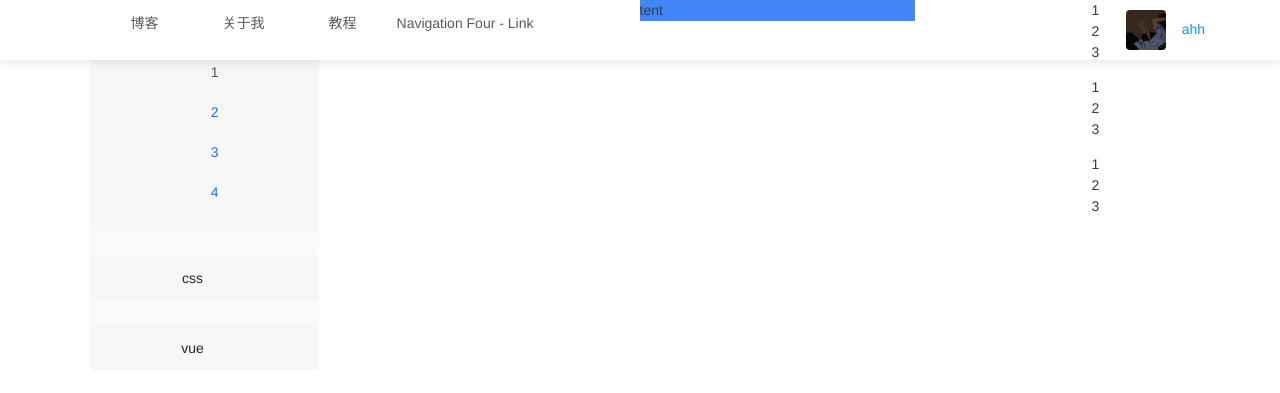
Repository: GitDjAr/blog
Page: /notes (app in myblog/)
An editor plug-in stored every save of this project. The page is shown before and after the next save, followed by the edit.
The browser window is 1280 px wide. The pictures show the whole page.
The project was rebuilt for these pictures with package versions that can differ from the ones it lists, and the page was loaded fresh each time. Also part of the build but not shown: myblog/webpack.config.js. Imported but missing from the stored project, and not drawn on this page: myblog/src/store/getters, myblog/src/views/about/about.

Above is the page before, as saved 2020-12-27 19:55:05.

### myblog/src/main.js
import Vue from 'vue'
import App from './App.vue'
import router from './router/index'
import store from './store/index'
import 'ant-design-vue/dist/antd.css'; // or 'ant-design-vue/dist/antd.less'


import Antd from 'ant-design-vue';
Vue.use(Antd);
new Vue({
  el: '#app',
  router,
  store,
  render: h => h(App)
})

### myblog/src/App.vue
<template>
  <div id="app">
    <headers></headers>
    <div class="conten">
      <router-view/>
    </div>
  </div>
</template>

<script>
import headers from 'v/header/header'
export default {
  components:{
    headers,
  },
  name: 'app',
  data () {
    return {
    }
  }
}
</script>

<style lang="scss">
#app {
  font-family: 'Avenir', Helvetica, Arial, sans-serif;
  -webkit-font-smoothing: antialiased;
  -moz-osx-font-smoothing: grayscale;
  text-align: center;
  color: #2c3e50;
  .conten{
    width: 1100px;
    margin: auto;
  }
}

</style>

### myblog/src/router/index.js
import Vue from 'vue'
import Router from 'vue-router'
Vue.use(Router)

// 暴露router
const router = new Router({
  mode:'history',
  routes:[
    {
      path:'/',
      redirect:'/index',
    },
    {
      path:'/index',
      meat:{title:'hello,欢迎来到我博客',foter:false},
      name:'index',
      component:()=>import('@/views/index')
    },
    {
      path:'/about',
      meat:{title:'关于我',foter:true},
      name:'about',
      component:()=>import('@/views/about/about')
    },
    {
      path:'/notes',
      meat:{title:'笔记',foter:true},
      name:'notes',
      component:()=>import('@/views/notes/notes')
    }
  ]
})

export default router

### myblog/src/store/index.js
import Vue from 'vue'
import Vuex from 'vuex'
import {getters} from './getters'

Vue.use(Vuex)

const store = new Vuex.Store({
  state:{
    Switch_:localStorage.getItem('state')  //dattiem or nightime
  },
  modules:{
    Switch_(state,status){
      // localStorage.setItem(state) = status
    }
  },
getters
})

export default store

### myblog/src/views/header/header.vue
<!--  -->
<template>
<div class="header-x">
  <a-row align='middle' type='flex' justify='space-between'>
    <a-col
    :lg="{span:'12'}"
    span='2'
    class="ul_flat"
    >
      <a-menu v-model="current" mode="horizontal"
      @click='titleClick '>
        <a-menu-item key="index"> <a-icon type="mail" />博客</a-menu-item>
        <a-menu-item key="about"> <a-icon type="mail" />关于我</a-menu-item>
        <a-sub-menu>
          <span slot="title" class="submenu-title-wrapper"
            ><a-icon type="setting" />教程</span
          >
          <a-menu-item-group title="Item 1">
            <a-menu-item key="notes">
              笔记
            </a-menu-item>
            <a-menu-item key="setting:2">
              Option 2
            </a-menu-item>
          </a-menu-item-group>
          <a-menu-item-group title="Item 2">
            <a-menu-item key="setting:3">
              Option 3
            </a-menu-item>
            <a-menu-item key="setting:4">
              Option 4
            </a-menu-item>
          </a-menu-item-group>
        </a-sub-menu>
        <a-menu-item key="alipay">
          <a href="https://antdv.com" target="_blank" rel="noopener noreferrer"
            >Navigation Four - Link</a
          >
        </a-menu-item>
      </a-menu>
    </a-col>

    <a-col lg='6' :span="4"  >
        <a-icon type="fullscreen"
          @click="阿"
          v-if="isicon"/>
      <a-avatar shape="square" :src='userimg' :size="40" icon="user" />
      <a-button type="link">
      {{name}}
      </a-button>
    </a-col>
  </a-row>
</div>
</template>

<script>
import userimg from '@/assets/image/1.jpg'
export default {

  components: {

},
  data () {
    return {
      userimg:userimg,
      name:'ahh',
      isicon:'',
      current: ['mail'],
    };
  },

  filters: {

},

  watch: {
},

  computed: {
},

  methods: {
    titleClick (e){
      this.$router.push({
        path:e.key
      })
    },

},

  mounted(){
    window.addEventListener('resize',this.bodysize,false)
},
}

</script>
<style scoped lang='scss'>
.header-x{
  position: fixed;
  z-index: 100;
  box-shadow: 0 2px 12px 0 rgba(0, 0, 0, 0.1);
  height: 60px;
  width: 100%;
  .ant-menu-root {
    border:none
  }
  .ant-menu-horizontal{
    box-sizing: border-box;
    border:none
    .ant-menu-item{
      line-height: 60px;
      height: 60px;
    }
    height: 60px;
  }
}
</style>

### myblog/src/views/notes/notes.vue
<!--  -->
<template>
  <div>
    <a-row>
      <a-col :span='0' :lg="{span:'6'}" :xl="{span:'5'}">
        <div>
          <a-collapse default-active-key="1" :bordered="false"
          expand-icon-position='right'>
            <template #expandIcon="props">
              <a-icon type="caret-right" :rotate="props.isActive ? 90 : 0" />
            </template>
            <a-collapse-panel key="1" header="js" :style="customStyle">
              <router-link tag='div' v-for="(item, index) in 4"
              class="nav_list"
              :to="{path:'/'+`notes/${item.Classification}`,query}"
              :key="index"
              :class="isshow==index?'':'is_check'"
              >{{item}}</router-link>
            </a-collapse-panel>
            <a-collapse-panel key="2" header="css" :style="customStyle">
              <p>{{ text }}</p>
            </a-collapse-panel>
            <a-collapse-panel key="3" header="vue" :style="customStyle">
              <p>{{ text }}</p>
            </a-collapse-panel>
          </a-collapse>
        </div>
      </a-col>
      <a-col :span='24' :lg='{span:"10",offset:"1"}' :xl='{span:"12",offset:"1"}'>
        <div class="notes-box">
          content
        </div>
      </a-col>
      <a-col :span='0' :lg="{span:'6',offset:'1'}" :xl='{span:"5",offset:"1"}'>
        <div class="menu-notes">
          <ul class="menu-notes-ul" v-for="(itme, index) in 3" :key="index">
            <li class="menu-notes-li" v-for="(it2, idx2) in 3" :key="idx2">{{it2}}</li>
          </ul>
        </div>
      </a-col>
    </a-row>
  </div>
</template>

<script>
export default {
  data () {
    return {
      isshow:'0',
      text: `A dog is a type of domesticated animal.Known for its loyalty and faithfulness,it can be found as a welcome guest in many households across the world.`,
      customStyle:
        'background: #f7f7f7;border-radius: 4px;margin-bottom: 24px;border: 0;overflow: hidden',
    };
  },
  mounted(){

},

  methods: {

}
}

</script>
<style scoped lang='scss'>
.nav_list{
  margin: 5px 10px;
  width: 100%;
  height: 35px;
  line-height: 35px;
}
.nav_list:hover{
  background: rgb(242, 242, 242);
}
.is_check{
  color: rgb(15, 117, 253);
}
.notes-box{
  background: #4186f4;
}
.menu-notes{
  .menu-notes-ul{
    list-style: none;

  }
}
</style>

After the next save:
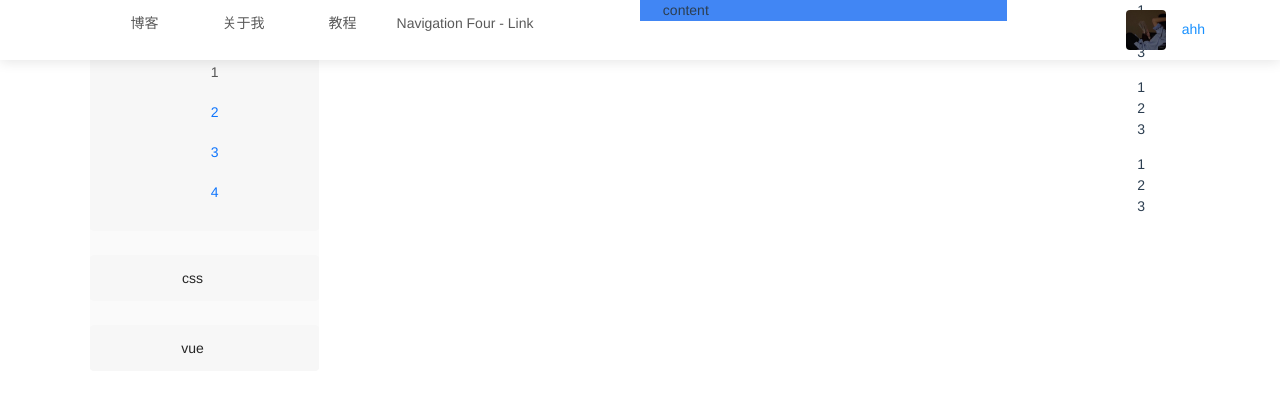
Saved 23 s later.
--- a/myblog/src/views/notes/notes.vue
+++ b/myblog/src/views/notes/notes.vue
@@ -26,12 +26,12 @@
           </a-collapse>
         </div>
       </a-col>
-      <a-col :span='24' :lg='{span:"10",offset:"1"}' :xl='{span:"12",offset:"1"}'>
+      <a-col :span='24' :lg='{span:"10",offset:"1"}' :xl='{span:"14",offset:"1"}'>
         <div class="notes-box">
           content
         </div>
       </a-col>
-      <a-col :span='0' :lg="{span:'6',offset:'1'}" :xl='{span:"5",offset:"1"}'>
+      <a-col :span='0' :lg="{span:'6',offset:'1'}" :xl='{span:"3",offset:"1"}'>
         <div class="menu-notes">
           <ul class="menu-notes-ul" v-for="(itme, index) in 3" :key="index">
             <li class="menu-notes-li" v-for="(it2, idx2) in 3" :key="idx2">{{it2}}</li>
